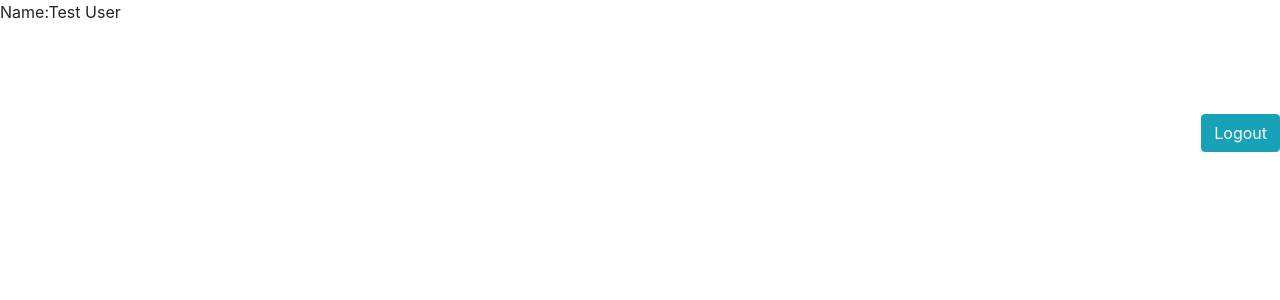
Repository: sindurup/Phase2Project
Page: http://localhost/LearnersAcademyPro/classInfo.jsp
An editor plug-in stored every save of this project. The page is shown before and after the next save, followed by the edit.
The browser window is 1280 px wide. The pictures show the whole page.
Some web libraries are served in a nearby version. The page is served by Tomcat 9. The session is filled in as if someone had signed in: {"uname": "Test User", "pw": 1}.

Above is the page before, as saved 2021-09-27 10:48:20.
Console error: TypeError: Cannot read properties of undefined (reading 'fn')

After the next save:
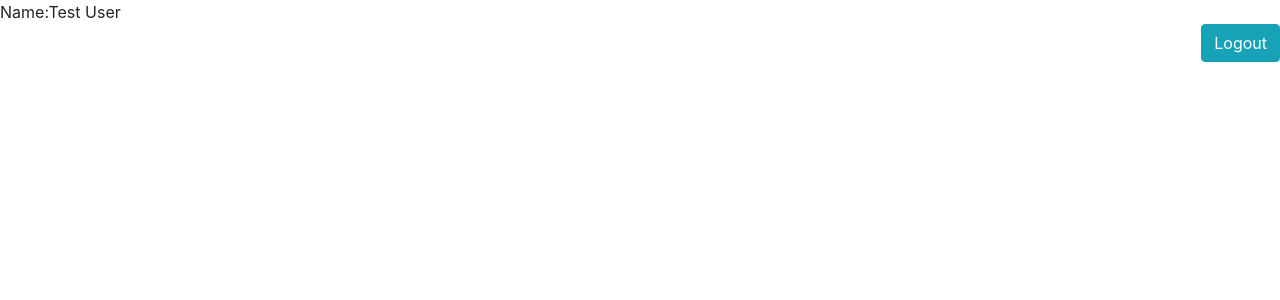
Saved 29 s later.
--- a/LearnersAcademyPro/src/main/webapp/classInfo.jsp
+++ b/LearnersAcademyPro/src/main/webapp/classInfo.jsp
@@ -23,12 +23,14 @@ out.println("Name:"+session.getAttribute("uname"));
     	 response.sendRedirect("login.jsp");
     }
 %>
-    <div id="login">
-        <h3 class="text-center text-white pt-5">Login form</h3>
-        <div class="form-group" align="right">
+
+   <div class="form-group" align="right">
 
                                 <input type="submit" name="submit" class="btn btn-info btn-md" value="Logout">
                             </div>
+    <div id="login">
+        <h3 class="text-center text-white pt-5">Login form</h3>
+
         <div class="container">
 
             <div id="login-row" class="row justify-content-center align-items-center">
